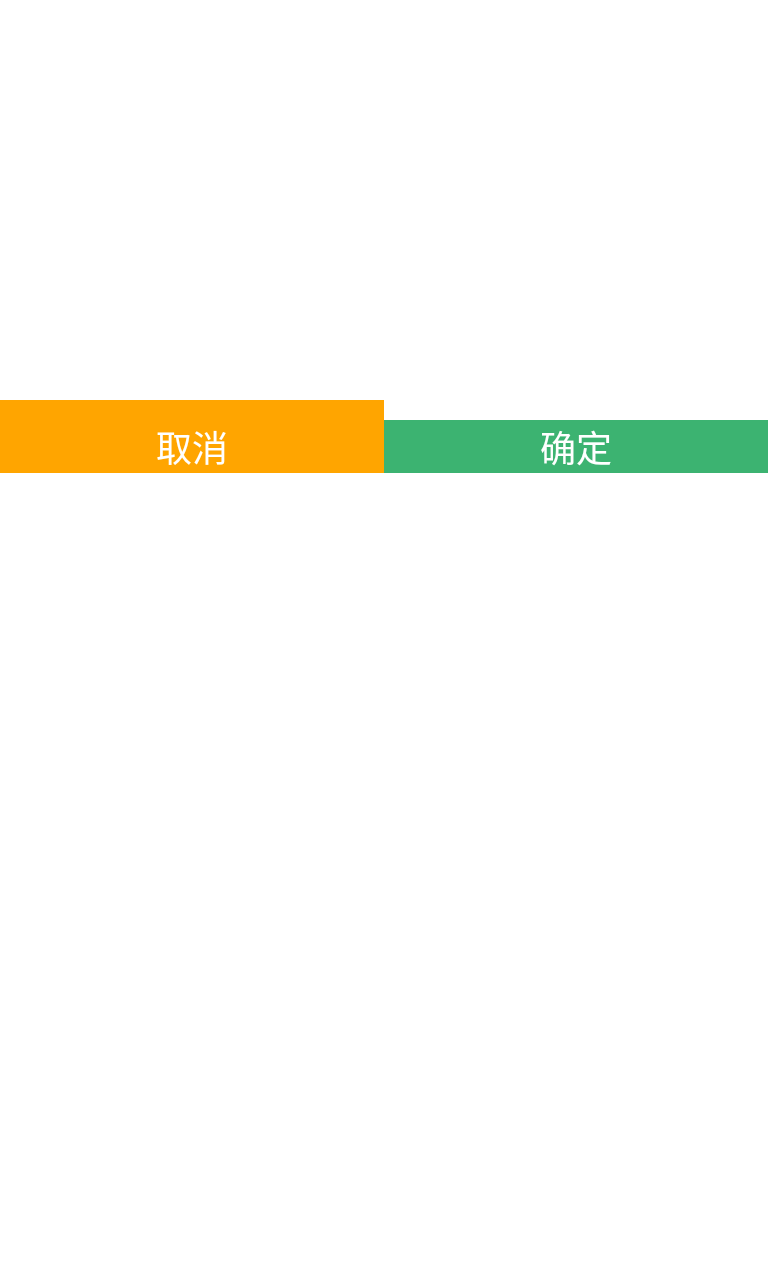
Repository: blanks1314/sysnc_android
Layout: UpayDemo/res/layout/dialog_error.xml
The author's editor kept a copy of each file at every save. The layout is drawn from the files as they stood at one save, then again after the next save.
It is drawn on a 768 x 1280 px phone screen (xhdpi) without system bars, with theme AppTheme; the app's code is not run.

Above is the layout before, as saved 2015-05-04 07:06:04.

### UpayDemo/res/layout/dialog_error.xml
<?xml version="1.0" encoding="utf-8"?>
<LinearLayout xmlns:android="http://schemas.android.com/apk/res/android"
    android:layout_width="match_parent"
    android:layout_height="match_parent"
    android:orientation="vertical" >

    <TextView
        android:id="@+id/tvContent"
        android:layout_width="match_parent"
        android:layout_height="200dp" />

    <LinearLayout
        android:layout_width="match_parent"
        android:layout_height="56dp"
        android:orientation="horizontal" >

        <TextView
            android:id="@+id/tvCancel"
            android:layout_width="0dp"
            android:layout_height="wrap_content"
            android:layout_weight="1"
            android:gravity="center"
            android:text="取消"
            android:background="@color/btn_selecter_2"
            android:textColor="@color/white"
            android:textSize="18sp"
            android:paddingTop="10dp"/>

        <TextView
            android:id="@+id/tvOk"
            android:layout_width="0dp"
            android:layout_height="wrap_content"
            android:layout_weight="1"
            android:gravity="center"
            android:text="确定"
            android:background="@color/btn_selecter_1"
            android:textColor="@color/white"
            android:textSize="18sp" />
    </LinearLayout>

</LinearLayout>

### UpayDemo/res/values/styles.xml
<resources xmlns:android="http://schemas.android.com/apk/res/android">

    <!--
        Base application theme, dependent on API level. This theme is replaced
        by AppBaseTheme from res/values-vXX/styles.xml on newer devices.













    -->
    <style name="AppBaseTheme" parent="Theme.AppCompat.Light">
        <!--
            Theme customizations available in newer API levels can go in
            res/values-vXX/styles.xml, while customizations related to
            backward-compatibility can go here.













        -->
    </style>

    <!-- Application theme. -->
    <!--
    <style name="AppTheme" parent="AppBaseTheme">
        All customizations that are NOT specific to a particular API-level can go here.
    </style>








    -->

    <style name="AppTheme" parent="Theme.AppCompat.Light">
        <item name="tabView">@style/TabView</item>
        <item name="tabPageIndicator">@style/TabIndicator</item>
    </style>

    <style name="TabIndicator" />

    <style name="TabView">
        <item name="android:addStatesFromChildren">true</item>
        <item name="android:orientation">vertical</item>
        <item name="android:gravity">bottom|center_horizontal</item>
        <item name="android:layout_width">0dp</item>
        <item name="android:background">@android:color/white</item>
        <item name="android:layout_height">match_parent</item>
    </style>

    <style name="text_style_1">
        <item name="android:textSize">16sp</item>
        <item name="android:layout_width">0dp</item>
        <item name="android:layout_weight">1</item>
        <item name="android:layout_height">fill_parent</item>
        <item name="android:gravity">center_vertical</item>
        <item name="android:ellipsize">marquee</item>
        <item name="android:singleLine">true</item>
    </style>

    <style name="edit_style_1">
        <item name="android:textSize">16sp</item>
        <item name="android:layout_width">0dp</item>
        <item name="android:layout_weight">1</item>
        <item name="android:layout_height">fill_parent</item>
        <item name="android:gravity">center_vertical</item>
    </style>

    <style name="spn_style_1">
        <item name="android:textSize">10sp</item>
        <item name="android:layout_width">wrap_content</item>
        <item name="android:layout_height">fill_parent</item>
    </style>

    <style name="linear_style_1">
        <item name="android:layout_width">match_parent</item>
        <item name="android:gravity">center_vertical</item>
        <item name="android:layout_height">40dp</item>
        <item name="android:orientation">horizontal</item>
        <item name="android:layout_marginLeft">5dp</item>
        <item name="android:layout_marginRight">5dp</item>
        <item name="android:layout_marginTop">10dp</item>
    </style>

    <style name="img_btn_1">
        <item name="android:layout_width">wrap_content</item>
        <item name="android:layout_height">wrap_content</item>
        <item name="android:padding">10dp</item>
    </style>

    <style name="btn_style_1">
        <item name="android:layout_width">200dp</item>
        <item name="android:layout_height">wrap_content</item>
        <item name="android:background">@drawable/btn_selecter</item>
        <item name="android:textColor">@color/white</item>
        <item name="android:layout_marginTop">10dp</item>
    </style>

    <style name="btn_style_2">
        <item name="android:layout_width">100dp</item>
        <item name="android:layout_height">wrap_content</item>
        <item name="android:background">@drawable/btn_selecter</item>
        <item name="android:textColor">@color/white</item>
        <item name="android:layout_marginTop">10dp</item>
    </style>

    <style name="loading_dialog" parent="android:style/Theme.Dialog">
        <item name="android:windowFrame">@null</item>
        <item name="android:windowNoTitle">true</item>
        <item name="android:windowIsFloating">true</item>
        <item name="android:windowContentOverlay">@null</item>
        <item name="android:windowBackground">@android:color/transparent</item>
        <item name="android:background">#00000000</item>
 <!-- 设置自定义布局的背景透明 -->
    </style>

    <style name="error_dialog" parent="@android:style/Theme.Dialog">

                　　        <item name="android:windowFrame">@null</item>

                　　        <item name="android:windowIsFloating">true</item>

                　　        <item name="android:windowIsTranslucent">false</item>

                　　        <item name="android:windowNoTitle">true</item>

                　　        <item name="android:background">@android:color/white</item>

                　　        <item name="android:windowBackground">@null</item>

                　　        <item name="android:backgroundDimEnabled">false</item>
        <item name="android:textColor">@android:color/black</item>
    </style>

</resources>

### UpayDemo/res/values/attrs.xml
<?xml version="1.0" encoding="utf-8"?>
<resources>
    <declare-styleable name="TabView">
        <attr name="tabPageIndicator" format="reference" />
        <attr name="tabView" format="reference" />
    </declare-styleable>

    <string-array name="currTypes">
        <item >RMB(156)</item>
    </string-array>
</resources>

### UpayDemo/res/values/color.xml
<?xml version="1.0" encoding="utf-8"?>
<resources>

    <color name="white">#FFFFFF</color>
    <color name="tab_text_normal">#696969</color>
    <color name="tab_text_selected">#73bf40</color>
    <color name="btn_selecter_1">#3CB371</color>
    <color name="btn_selecter_2">#FFA500</color>
    <color name="text_result">#F5FFFA</color>
    <color name="gray">#dcdcdc</color>

</resources>

Loaded but not shown: UpayDemo/res/values-v11/styles.xml (common file); UpayDemo/res/values-v14/styles.xml (common file); UpayDemo/res/values/values.xml (657 lines, source omitted)

After the next save:
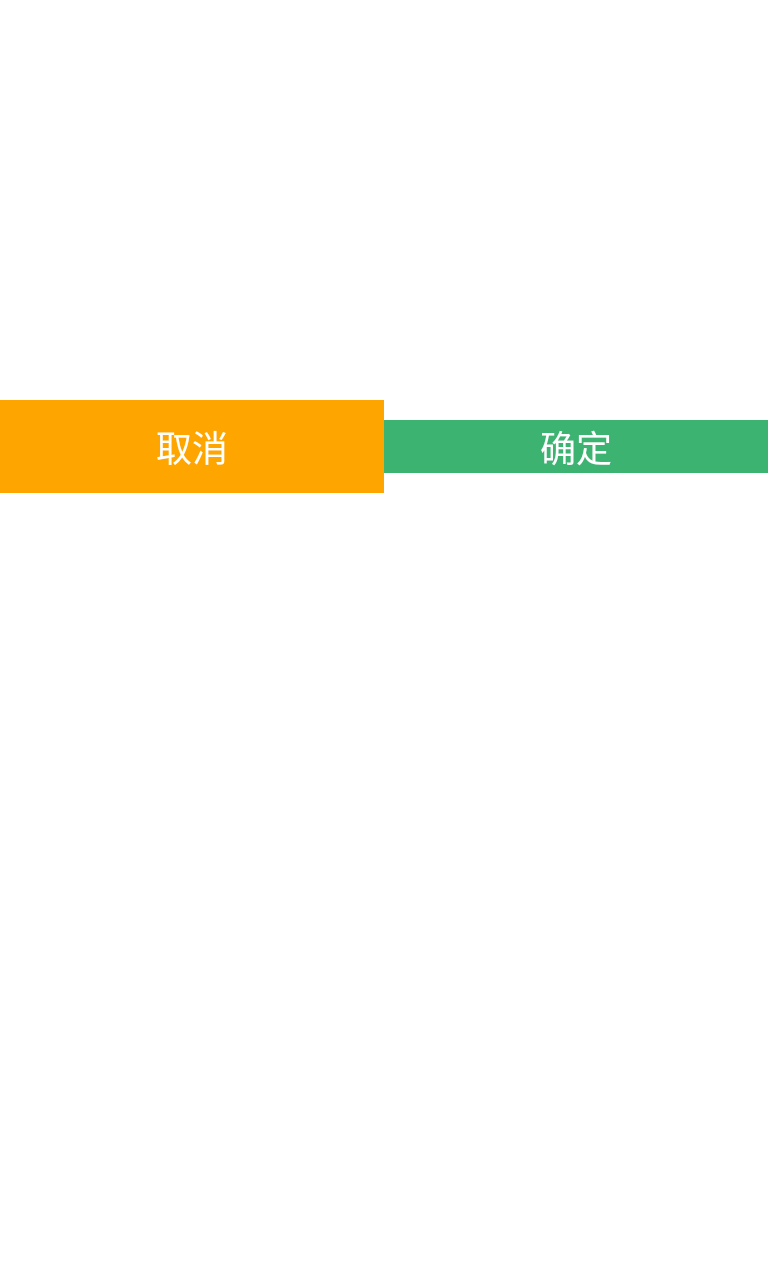
Saved 7 s later.
--- a/UpayDemo/res/layout/dialog_error.xml
+++ b/UpayDemo/res/layout/dialog_error.xml
@@ -24,7 +24,8 @@
             android:background="@color/btn_selecter_2"
             android:textColor="@color/white"
             android:textSize="18sp"
-            android:paddingTop="10dp"/>
+            android:paddingTop="10dp"
+            android:paddingBottom="10dp"/>
 
         <TextView
             android:id="@+id/tvOk"
